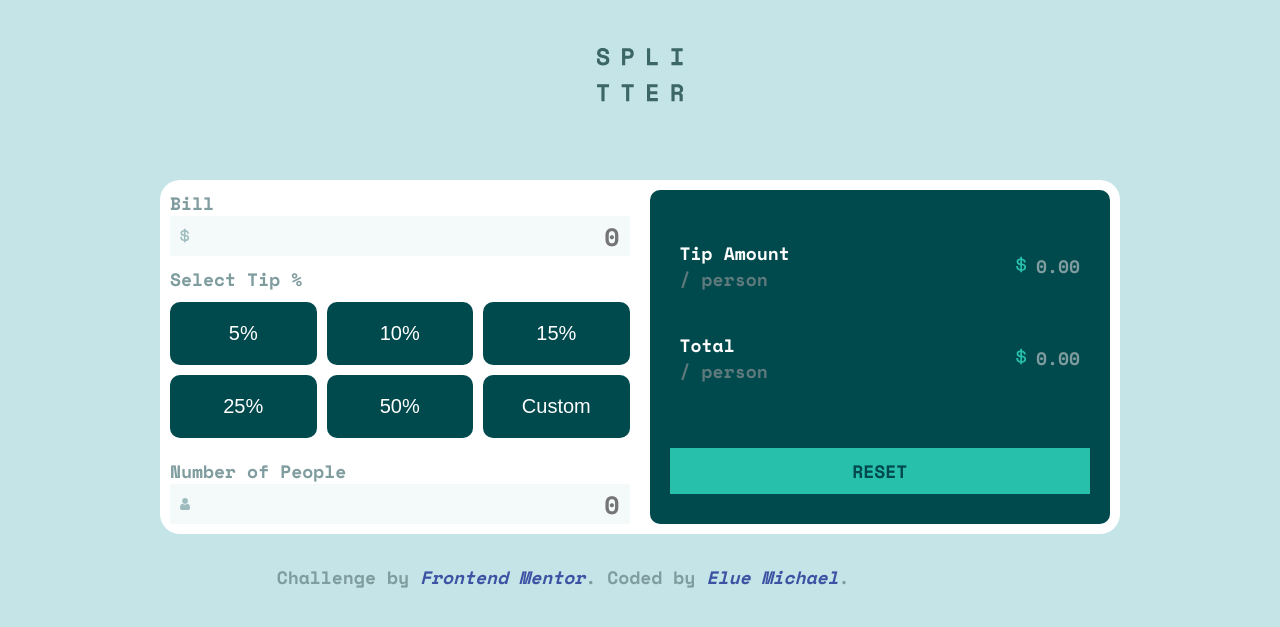
Repository: MeekyBerry/Frontend-Mentor-Challenges
Page: tip-calculator-app/index.html
An editor plug-in stored every save of this project. The page is shown before and after the next save, followed by the edit.
The browser window is 1280 px wide. The pictures show the whole page.

Above is the page before, as saved 2023-03-28 04:07:57.

### tip-calculator-app/index.html
<!DOCTYPE html>
<html lang="en">

<head>
  <meta charset="UTF-8">
  <meta name="viewport" content="width=device-width, initial-scale=1.0">
  <link rel="icon" type="image/png" sizes="32x32" href="./css/images/favicon-32x32.png">
  <title> Tip calculator app</title>
  <link rel="stylesheet" href="./css/style.css">
  <script src="./script.js" defer></script>
</head>

<body>
  <div class="heading-logo">
    <img src="./css/images/logo.svg" alt="Logo" class="logo">
  </div>

  <form id="form" class="background">
    <div class="first-container">
      <div class="bill-container">
        <label for="bill">Bill</label>
          <input type="number" id="bill" placeholder="0" class="bill-input__img input-bar">
      </div>

      <div class="tip">
        <div>Select Tip %</div>
        <div class="percent-container">
          <button type="button" class="percent five">5%</button>
          <button type="button" class="percent ten">10%</button>
          <button type="button" class="percent fiftheen">15%</button>
          <button type="button" class="percent twenty-five">25%</button>
          <button type="button" class="percent fifty">50%</button>
          <button type="button" class="percent custom" id="cst-btn">Custom</button>
        </div>
      </div <div>
      <label for="number">Number of People</label>
      <div class="icon-box">
        <input type="number" id="people" class="people-input__img input-bar" placeholder="0">
      </div>
    </div>
    </div>

    <div class="second-container">
      <div class="amount">
        <p>Tip Amount <span class="person">/ person</span></p>
        <div class="digit">
          <svg xmlns="http://www.w3.org/2000/svg" width="20" height="20">
            <path fill="var(--Strong-cyan)"
              d="M6.016 16.328v-1.464c1.232-.08 2.22-.444 2.964-1.092.744-.648 1.116-1.508 1.116-2.58v-.144c0-.992-.348-1.772-1.044-2.34-.696-.568-1.708-.932-3.036-1.092V4.184c.56.144 1.012.4 1.356.768.344.368.516.816.516 1.344v.288h1.824v-.432c0-.448-.088-.876-.264-1.284a3.783 3.783 0 00-.744-1.116A4.251 4.251 0 007.54 2.9a5.324 5.324 0 00-1.524-.492V.872H4.288V2.36a5.532 5.532 0 00-1.416.324c-.448.168-.84.392-1.176.672-.336.28-.604.616-.804 1.008-.2.392-.3.844-.3 1.356v.144c0 .96.316 1.708.948 2.244.632.536 1.548.884 2.748 1.044v3.912c-.704-.16-1.248-.472-1.632-.936-.384-.464-.576-1.08-.576-1.848v-.288H.256v.576c0 .464.08.924.24 1.38.16.456.404.88.732 1.272.328.392.744.728 1.248 1.008s1.108.476 1.812.588v1.512h1.728zM4.288 7.424c-.688-.128-1.164-.332-1.428-.612-.264-.28-.396-.644-.396-1.092 0-.464.176-.832.528-1.104.352-.272.784-.448 1.296-.528v3.336zm1.728 5.712V9.344c.768.128 1.328.328 1.68.6.352.272.528.688.528 1.248 0 .544-.196.984-.588 1.32-.392.336-.932.544-1.62.624z" />
          </svg>
          <span id="tip-amount" class="amount-span">0.00</span>
        </div>
      </div>

      <div class="amount">
        <p>Total <span class="person">/ person</span></p>
        <div class="digit">
          <svg xmlns="http://www.w3.org/2000/svg" width="20" height="20">
            <path fill="var(--Strong-cyan)"
              d="M6.016 16.328v-1.464c1.232-.08 2.22-.444 2.964-1.092.744-.648 1.116-1.508 1.116-2.58v-.144c0-.992-.348-1.772-1.044-2.34-.696-.568-1.708-.932-3.036-1.092V4.184c.56.144 1.012.4 1.356.768.344.368.516.816.516 1.344v.288h1.824v-.432c0-.448-.088-.876-.264-1.284a3.783 3.783 0 00-.744-1.116A4.251 4.251 0 007.54 2.9a5.324 5.324 0 00-1.524-.492V.872H4.288V2.36a5.532 5.532 0 00-1.416.324c-.448.168-.84.392-1.176.672-.336.28-.604.616-.804 1.008-.2.392-.3.844-.3 1.356v.144c0 .96.316 1.708.948 2.244.632.536 1.548.884 2.748 1.044v3.912c-.704-.16-1.248-.472-1.632-.936-.384-.464-.576-1.08-.576-1.848v-.288H.256v.576c0 .464.08.924.24 1.38.16.456.404.88.732 1.272.328.392.744.728 1.248 1.008s1.108.476 1.812.588v1.512h1.728zM4.288 7.424c-.688-.128-1.164-.332-1.428-.612-.264-.28-.396-.644-.396-1.092 0-.464.176-.832.528-1.104.352-.272.784-.448 1.296-.528v3.336zm1.728 5.712V9.344c.768.128 1.328.328 1.68.6.352.272.528.688.528 1.248 0 .544-.196.984-.588 1.32-.392.336-.932.544-1.62.624z" />
          </svg>
          <span id="total-amount" class="amount-span">0.00</span>
        </div>
      </div>
      <div class="btn-wrapper">
        <button type="reset" id="reset" class="btn">Reset</button>
      </div>
    </div>
  </form>

  <div class="attribution">
    Challenge by <a href="https://www.frontendmentor.io?ref=challenge" target="_blank">Frontend Mentor</a>.
    Coded by <a href="https://www.frontendmentor.io/profile/MeekyBerry" target="_blank">Elue Michael</a>.
  </div>
</body>

</html>

### tip-calculator-app/css/style.css
@import url("https://fonts.googleapis.com/css2?family=Space+Mono:wght@400;700&display=swap");

:root {
  /* ### Primary */
  --Strong-cyan: hsl(172, 67%, 45%);
  /* ### Neutral */
  --Very-dark-cyan: hsl(183, 100%, 15%);
  --Dark-grayish-cyan: hsl(186, 14%, 43%);
  --Grayish-cyan: hsl(184, 14%, 56%);
  --Light-grayish-cyan: hsl(185, 41%, 84%);
  --Very-light-grayish-cyan: hsl(189, 41%, 97%);
  --White: hsl(0, 0%, 100%);
  --dark-blue: hsl(228, 45%, 44%);
}

html {
  font-size: 50%;
}

*,
::before,
::after {
  margin: 0;
  padding: 0;
  box-sizing: border-box;
}

body {
  font-size: 1.8rem;
  font-family: "Space Mono", sans-serif;
  font-weight: 700;
  background-color: var(--Light-grayish-cyan);
  color: var(--Grayish-cyan);
  height: 100%;
  width: 100%;
}

.heading-logo {
  height: 15rem;
  width: 100%;
  position: relative;
}

.logo {
  position: absolute;
  top: 50%;
  left: 50%;
  transform: translate(-50%, -50%);
}

.background {
  display: flex;
  flex-direction: column;
  justify-content: space-around;
  background-color: var(--White);
  height: 80rem;
  width: 90%;
  border-radius: 2rem;
  padding: 0 2rem;
  margin: 0 auto;
}

label {
  display: block;
}

.input-bar {
  width: 100%;
  height: 4rem;
  border: none;
  font-size: 2.5rem;
  font-family: "Space Mono", sans-serif;
  font-weight: 700;
  text-align: end;
}

.input-bar:focus {
  outline-color: var(--Strong-cyan);
}

.input-bar::placeholder {
  text-align: end;
}

.bill-input__img {
  background: url(../css/images/icon-dollar.svg) no-repeat;
  background-size: 1rem;
  background-position: 1rem;
  padding: 0 1rem 0 3rem;
  background-color: var(--Very-light-grayish-cyan);
}

.people-input__img {
  background: url(../css/images/icon-person.svg) no-repeat;
  background-size: 1rem;
  background-position: 1rem;
  padding: 0 1rem 0 3rem;
  background-color: var(--Very-light-grayish-cyan);
}

/* Remove Arrows/Spinners ON INPUT */
input::-webkit-outer-spin-button,
input::-webkit-inner-spin-button {
  -webkit-appearance: none;
}

/* Firefox */
input[type="number"] {
  -moz-appearance: textfield;
}

.tip {
  padding: 1rem 0;
}

.percent-container {
  display: grid;
  grid-template-columns: repeat(2, 1fr);
  grid-template-rows: repeat(3, 1fr);
  grid-template-areas:
    "five ten"
    "fiftheen twentyFive"
    "fifty custom";
  gap: 1rem;
  padding: 1rem 0;
}

.percent {
  background-color: var(--Very-dark-cyan);
  color: var(--White);
  text-align: center;
  padding: 2rem;
  border-radius: 1rem;
  border: none;
  font-size: 2rem;
  width: 100%;
}

.percent:active {
  background-color: var(--Strong-cyan);
  color: var(--Very-dark-cyan);
  font-weight: 700;
}

.five {
  grid-area: five;
}

.ten {
  grid-area: ten;
}

.fiftheen {
  grid-area: fiftheen;
}

.twenty-five {
  grid-area: twentyFive;
}

.fifty {
  grid-area: fifty;
}

.custom {
  grid-area: custom;
}

.custom-input {
  background-color: var(--Very-light-grayish-cyan);
  color: var(--Very-dark-cyan);
  border: none;
  border-radius: 1rem;
  padding: 1rem;
  font-size: 2rem;
  font-weight: 700;
  text-align: center;
  width: 100%;
}

.custom-input:focus {
  outline-color: var(--Strong-cyan);
}

.second-container {
  background-color: var(--Very-dark-cyan);
  border-radius: 1rem;
  padding: 3rem 2rem;
}

.amount {
  display: flex;
  justify-content: space-between;
  padding: 2rem 1rem;
}

p {
  color: var(--White);
}

.person {
  display: block;
  font-size: 1.8rem;
  color: var(--Dark-grayish-cyan);
}

.digit {
  display: flex;
  align-items: center;
  justify-content: center;
}

.tip-amount {
  font-size: 3rem;
  color: var(--Strong-cyan);
}

.total-amount {
  font-size: 3rem;
  color: var(--Strong-cyan);
}

.btn {
  width: 100%;
  padding: 1rem;
  background-color: var(--Strong-cyan);
  color: var(--Very-dark-cyan);
  border: none;
  text-transform: uppercase;
  font-size: 1.8rem;
  font-weight: 700;
  font-family: "Space Mono", sans-serif;
}

.attribution {
  font-size: 1.8rem;
  text-align: center;
  width: 88%;
}

.attribution a {
  color: var(--dark-blue);
  text-decoration: none;
  font-style: italic;
}

@media only screen and (min-width: 1000px) {
  html {
    font-size: 62.5%;
  }

  .background {
    width: 75%;
    height: 75%;
    margin: 3rem auto;
    flex-direction: row;
    gap: 2rem;
    padding: 1rem;
  }

  .first-container {
    display: flex;
    flex-direction: column;
    justify-content: space-around;
    width: 50%;
  }

  .percent-container {
    grid-template-columns: repeat(3, 1fr);
    grid-template-rows: repeat(2, 1fr);
    grid-template-areas:
      "five ten fiftheen"
      "twentyFive fifty custom";
  }

  .second-container {
    display: flex;
    flex-direction: column;
    width: 50%;
  }

  .btn-wrapper {
    margin-top: auto;
  }
}

### tip-calculator-app/script.js
// 1. Get the bill amount from the input field
const billInput = document.getElementById('bill');
// 2. Get the tip percentage from the Button array
const tipButtons = document.querySelectorAll('.percent');
// 2.1. The percentage array contains a Custom button which toggles to input field when clicked
const customButton = document.querySelector('.custom');
// 2.2. Get the custom percentage from the input field
const customInput = document.createElement('input');
// Add style class to created customInput element
customInput.classList.add('custom-input');
// 3. Get the number of people from the input field
const peopleInput = document.getElementById('people')
// 4. Calculate the tip amount per person;
const tipAmountSpan = document.getElementById('tip-amount');
// 5. Calculate the total cost per person
const totalAmountSpan = document.getElementById('total-amount');
// 6. Display the tip amount per person
const resetButton = document.getElementById('reset');


let bill = 0;
let tipPercentage = 0;
let customPercentage = 0;
let people = 0;

let inputPeople = false;
let error = true;

// add input validation for bill and people fields
billInput.addEventListener('input', () => {
    bill = Number(billInput.value);
    calculateTip();
});

peopleInput.addEventListener('input', () => {
    people = Number(peopleInput.value);
    calculateTip();
});

// add event listeners for tip buttons
tipButtons.forEach(button => {
    button.addEventListener('click', () => {
        if (button.classList.contains('custom')) {
            customInput.type = 'number';
            customInput.min = 1;
            customInput.placeholder = 'Custom';
            customInput.value = '';
            customInput.classList.add('custom-input');
            button.parentNode.replaceChild(customInput, button);
            customInput.focus();
        } else {
            tipPercentage = Number(button.textContent.replace('%', ''));
            calculateTip();
        }
    });
});

// add event listener for custom input
customInput.addEventListener('input', () => {
    customPercentage = Number(customInput.value);
    calculateTip();
});

// add event listener for reset button
resetButton.addEventListener('click', () => {
    billInput.value = '';
    peopleInput.value = '';
    tipAmountSpan.textContent = '0.00';
    totalAmountSpan.textContent = '0.00';
    bill = 0;
    tipPercentage = 0;
    customPercentage = 0
    people = 0;
    customInput.parentNode.replaceChild(customButton, customInput);
});

// calculate tip and total amount
const calculateTip = () => {
    if (people > 0) {
        inputPeople = true;
        let tip = (bill * (tipPercentage + customPercentage)) / 100;
        let total = bill + tip;
        let tipPerPerson = tip / people;
        let totalPerPerson = total / people;
        tipAmountSpan.textContent = `${tipPerPerson.toFixed(2)}`;
        totalAmountSpan.textContent = `${totalPerPerson.toFixed(2)}`;
    }
};







// const BILL = document.querySelector('.bill-input');
// const TIP_PERCENT = document.querySelectorAll('.percent');
// const PEOPLE = document.querySelector('.number-input');
// const TOTAL_BILL = document.getElementById('total');
// const TIP_AMOUNT = document.getElementById('tip-amount');
// const CUSTOM = document.querySelector('.custom');
// const CUSTOM_BUTTON = document.getElementById('cst-btn')
// const CUSTOM_INPUT = document.getElementById('cst-input')
// const RESET = document.getElementById('reset');

// let billValue;
// let person;
// let customValue;
// let custom = 0;

// let myArray = [5, 10, 15, 25, 50, custom];
// let tipAmount = 0;

// let error = true;
// let inputPeople = false;

// const calculateHandler = () => {
//     if (inputPeople) {
//         let amount = (billValue + tipAmount) / person;
//         TOTAL_BILL.textContent = `${amount.toFixed(2)}`;
//     }
// };

// BILL.addEventListener('change', () => {
//     error = !error;
//     billValue = parseFloat(BILL.value);
//     TIP_PERCENT.forEach((el, idx) => {
//         let percent = myArray[idx];
//         el.addEventListener('click', (e) => {
//             let target = e.target;
//             if (target.classList.contains('percent')) {
//                 let percent = parseFloat(target.textContent);
//                 if (isNaN(percent)) {
//                     percent = customValue;
//                 } else {
//                     customValue = 0;
//                 }
//                 // if (CUSTOM.firstElementChild === CUSTOM_INPUT && idx === 5) {
//                 //     CUSTOM_INPUT.addEventListener('change', () => {
//                 //         customValue = parseFloat(CUSTOM_INPUT.value);
//                 //         tipAmount = CUSTOM_INPUT.value * (percent / 100);
//                 //         TIP_AMOUNT.textContent = `${tipAmount.toFixed(2)}`;
//                 //         calculateHandler();
//                 //     })
//                 // }
//                 tipAmount = billValue * (percent / 100);
//                 TIP_AMOUNT.textContent = `${tipAmount.toFixed(2)}`;
//                 calculateHandler();
//             }
//         });
//     });
// });


//     // billValue = +BILL.value;
//     // TIP_PERCENT.forEach((el, idx) => {
//     //     let percent = myArray[idx];
//     //     el.addEventListener('click', () => {
//     //         if (CUSTOM.firstElementChild === CUSTOM_INPUT && idx === 5) {
//     //             CUSTOM_INPUT.addEventListener('change', () => {
//     //                 customValue = +CUSTOM_INPUT.value;
//     //                 tipAmount = CUSTOM_INPUT.value * (+percent / 100);
//     //                 TIP_AMOUNT.textContent = `${tipAmount.toFixed(2)}`;
//     //                 calculateHandler();
//     //             })
//     //         }
//     //         tipAmount = BILL.value * (+percent / 100);
//     //         TIP_AMOUNT.textContent = `${tipAmount}`;
//     //         calculateHandler();
//     //     });
//     // });

// // TIP_PERCENT.addEventListener('click', (e) => {
// //     let target = e.target;
// //     if (target.classList.contains('percent')) {
// //       let percent = parseFloat(target.textContent);
// //       if (isNaN(percent)) {
// //         percent = customValue;
// //       } else {
// //         customValue = 0;
// //       }
// //       tipAmount = billValue * (percent / 100);
// //       TIP_AMOUNT.textContent = `${tipAmount.toFixed(2)}`;
// //       calculateHandler();
// //     }
// //   });


// PEOPLE.addEventListener('input', () => {
//     // inputPeople = !inputPeople;
//     // person = +PEOPLE.value;
//     // if (!error) {
//     //     calculateHandler();
//     // }
//  inputPeople = true;
//   person = parseFloat(PEOPLE.value);
//   if (!error && person > 0) {
//     calculateHandler();
//   } else {
//     TOTAL_BILL.textContent = '0.00';
//   }
// });

// CUSTOM.addEventListener('click', () => {
//     // if (CUSTOM.firstElementChild === CUSTOM_BUTTON) {
//     //     CUSTOM.innerHTML = `<input type="number" id="cst-input" class="percent cst" />`
//     // }
//     if (CUSTOM.firstElementChild === CUSTOM_BUTTON) {
//         // CUSTOM.innerHTML = `<input type="number" id="cst-input" class="percent cst" />`
//         CUSTOM.innerHTML = `<input type="number" class="percent cst" />`;
//         CUSTOM_INPUT.addEventListener('change', () => {
//           customValue = parseFloat(CUSTOM_INPUT.value);
//           TIP_PERCENT.lastElementChild.textContent = `${customValue}%`;
//           tipAmount = billValue * (customValue / 100);
//           TIP_AMOUNT.textContent = `${tipAmount.toFixed(2)}`;
//           calculateHandler();

//         });
//       }
// })

// RESET.addEventListener('click', () => {
//     // BILL.value = '';
//     // PEOPLE.value = '';
//     // TIP_AMOUNT.textContent = '0.00';
//     // TOTAL_BILL.textContent = '0.00';
//     CUSTOM.innerHTML = `<button id="cst-btn" class="percent cst">Custom</button>`;
//     BILL.value = '';
//     PEOPLE.value = '';
//     TIP_AMOUNT.textContent = '0.00';
//     TOTAL_BILL.textContent = '0.00';
//     inputPeople = false;
//     customValue = 0;
//     tipAmount = 0;
// });

After the next save:
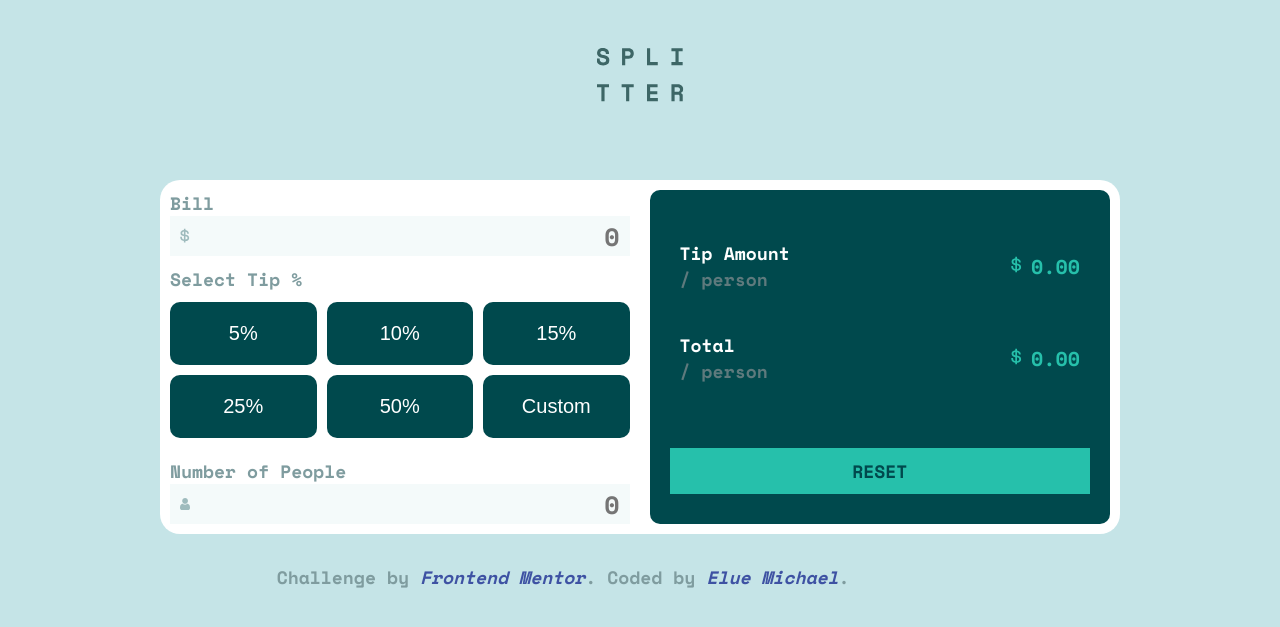
Saved 18 s later.
--- a/tip-calculator-app/css/style.css
+++ b/tip-calculator-app/css/style.css
@@ -210,13 +210,8 @@ p {
   justify-content: center;
 }
 
-.tip-amount {
-  font-size: 3rem;
-  color: var(--Strong-cyan);
-}
-
-.total-amount {
-  font-size: 3rem;
+.amount-span {
+  font-size: 2rem;
   color: var(--Strong-cyan);
 }
 
